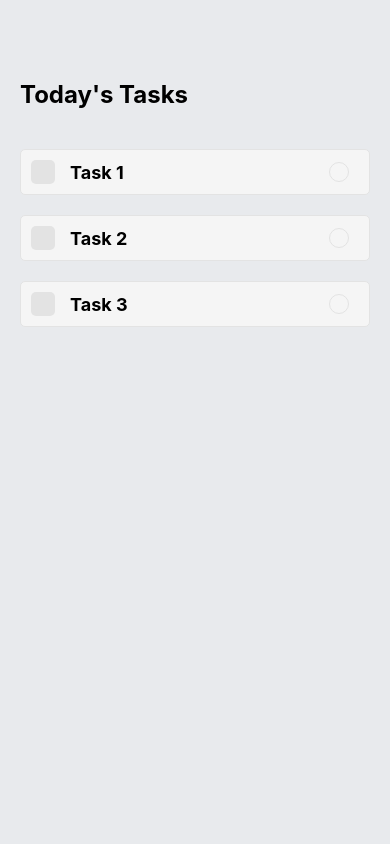
Repository: lomelo-x/ToDo-App
Screen: /
These files come from the project's save history. The screen is drawn as it stood at one moment and after the next save; the edit follows.
The app was drawn by React Native's web renderer in a window 390 px wide. The project was rebuilt for these pictures with package versions that can differ from the ones it lists, and the page was loaded fresh each time.

Above is the screen before, as saved 2022-06-17 19:50:53.

After the next save:
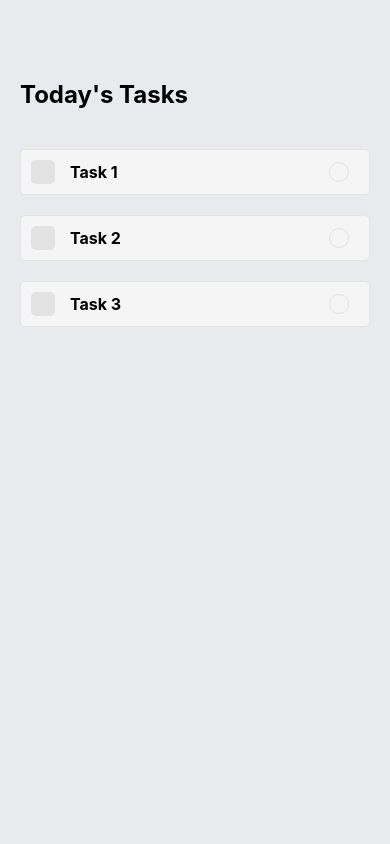
Saved 33 s later.
--- a/components/Task.js
+++ b/components/Task.js
@@ -27,7 +27,7 @@ const styles = StyleSheet.create({
 		marginBottom: 20,
 	},
 	taskText: {
-		fontSize: 18,
+		fontSize: 16,
 		fontWeight: 'bold',
 	},
 	taskLeft: {
